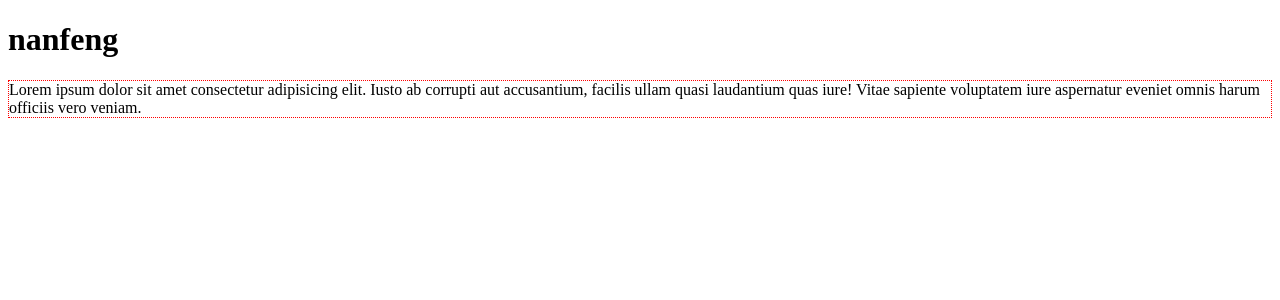
Repository: nanfengovo/CSS
Page: border.html
An editor plug-in stored every save of this project. The page is shown before and after the next save, followed by the edit.
The browser window is 1280 px wide. The pictures show the whole page.

Above is the page before, as saved 2024-12-31 23:18:24.

### border.html
<!DOCTYPE html>
<html lang="en">
<head>
    <meta charset="UTF-8">
    <meta name="viewport" content="width=device-width, initial-scale=1.0">
    <title>边框 border</title>
    <style>
        p{
            border-style: dotted;/*边框样式 solid :实线*/
            border-width: 1px;/*边框宽度*/
            border-color: red;/*边框颜色*/
        }
    </style>
</head>
<body>
    <h1>nanfeng</h1>
    <p>Lorem ipsum dolor sit amet consectetur adipisicing elit. Iusto ab corrupti aut accusantium, facilis ullam quasi laudantium quas iure! Vitae sapiente voluptatem iure aspernatur eveniet omnis harum officiis vero veniam.</p>
</body>
</html>

After the next save:
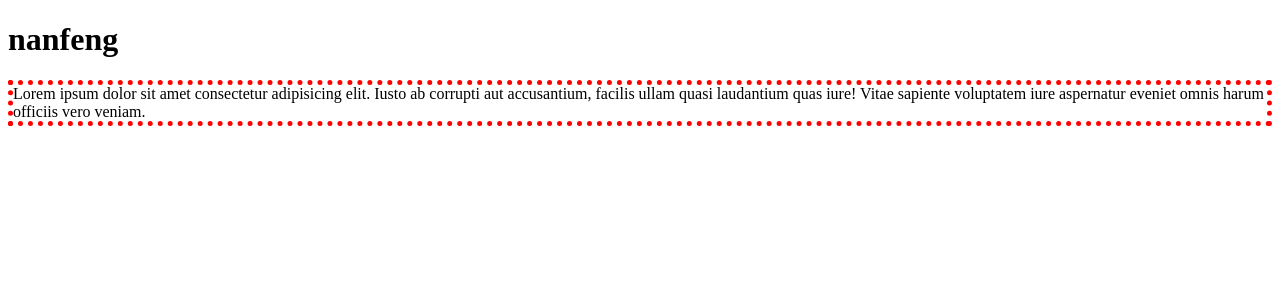
Saved 9 s later.
--- a/border.html
+++ b/border.html
@@ -7,7 +7,7 @@
     <style>
         p{
             border-style: dotted;/*边框样式 solid :实线*/
-            border-width: 1px;/*边框宽度*/
+            border-width: 5px;/*边框宽度*/
             border-color: red;/*边框颜色*/
         }
     </style>
